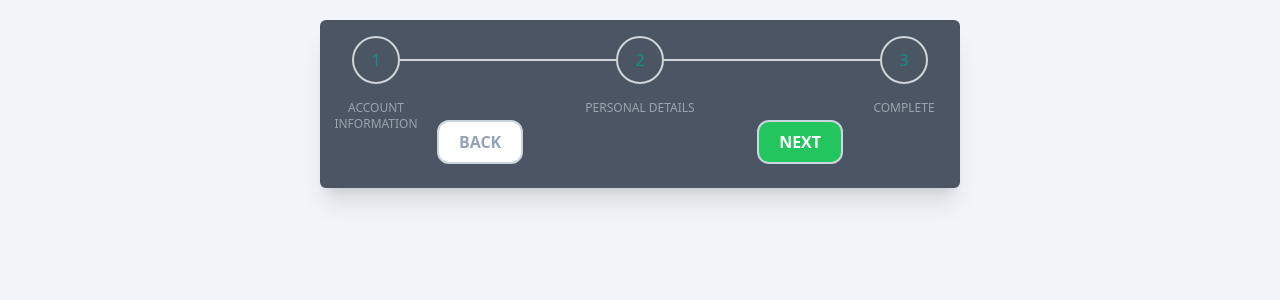
Repository: OmniaRafat232111121/reactstepper
Page: /
The author's editor kept a copy of each file at every save. The page is drawn from the files as they stood at one save, then again after the next save.
The browser window is 1280 px wide. The pictures show the whole page.
The project was rebuilt for these pictures with package versions that can differ from the ones it lists, and the page was loaded fresh each time. Also part of the build but not shown: src/App.css, src/Component/steps/Account.js, src/Component/steps/Details.js, src/Component/steps/Final.js.

Above is the page before, as saved 2023-02-22 12:23:05.

After the next save:
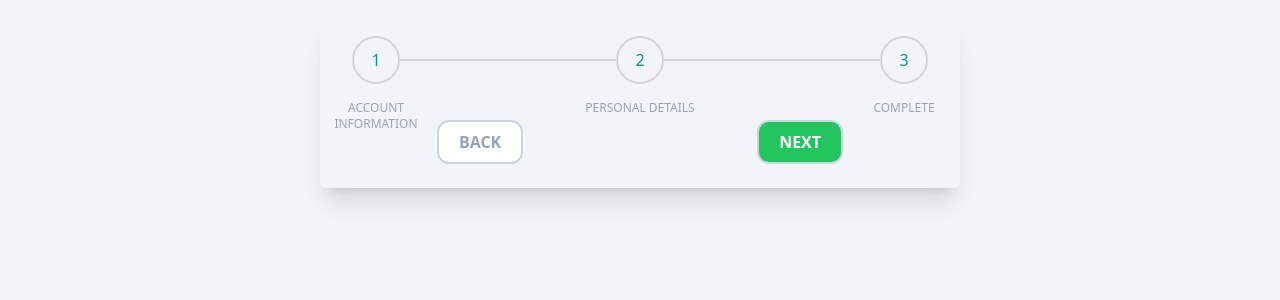
Saved 6 min 54 s later.
--- a/src/App.js
+++ b/src/App.js
@@ -25,7 +25,7 @@ function App() {
     }
   }
   return (
-    <div className="md:w-1/2 mx-auto  rounded-md shadow-xl bg-gray-600 pb-2 mt-5">
+    <div className="md:w-1/2 mx-auto  rounded-md shadow-xl bg-gra0 pb-2 mt-5">
      {/*stepper*/}
     <div className='container horizontal mt-5'>
     <Stepper
